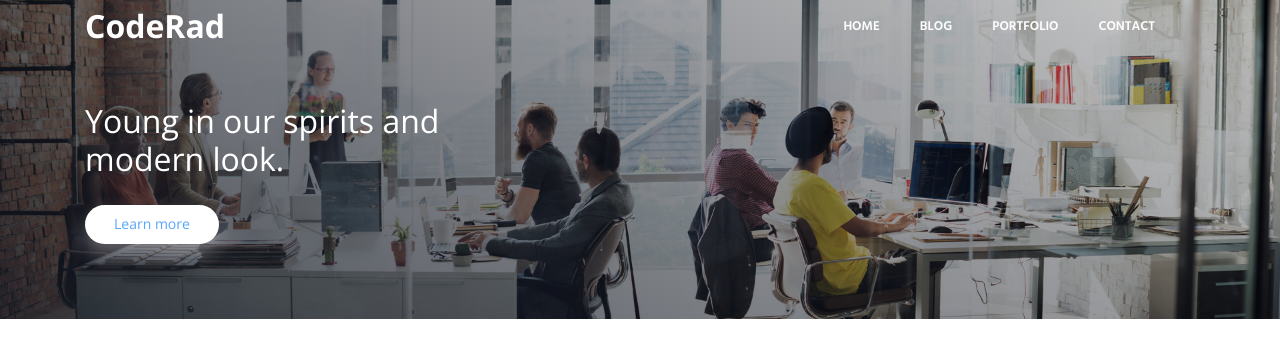
Repository: Sc-Juju/CodeRad
Page: index.html
An editor plug-in stored every save of this project. The page is shown before and after the next save, followed by the edit.
The browser window is 1280 px wide. The pictures show the whole page.

Above is the page before, as saved 2022-10-26 20:25:35.

After the next save:
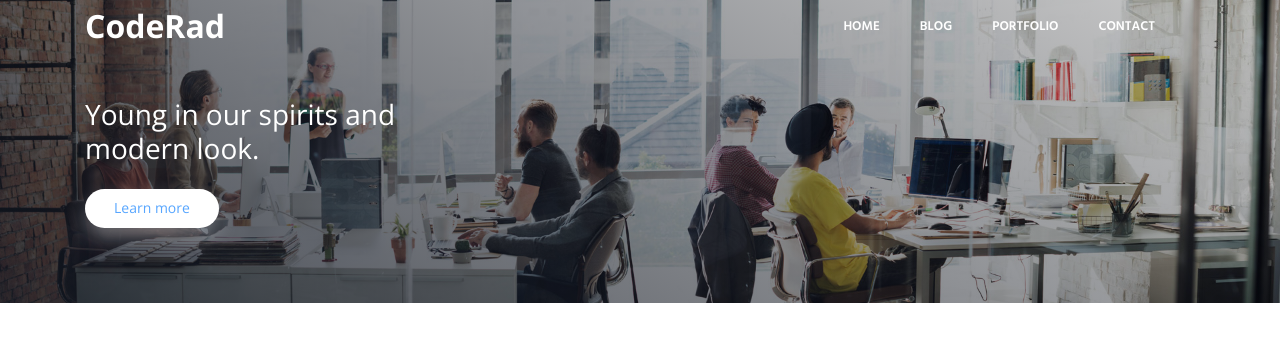
Saved 4 min 45 s later.
--- a/css/default.css
+++ b/css/default.css
@@ -36,7 +36,7 @@ ul{
 a {text-decoration: none;}
 p {margin-top:0;}
 h2{
-    font-size:2rem;
+    font-size:1.75rem;
     font-weight:500;
     line-height:1.2;
 }
